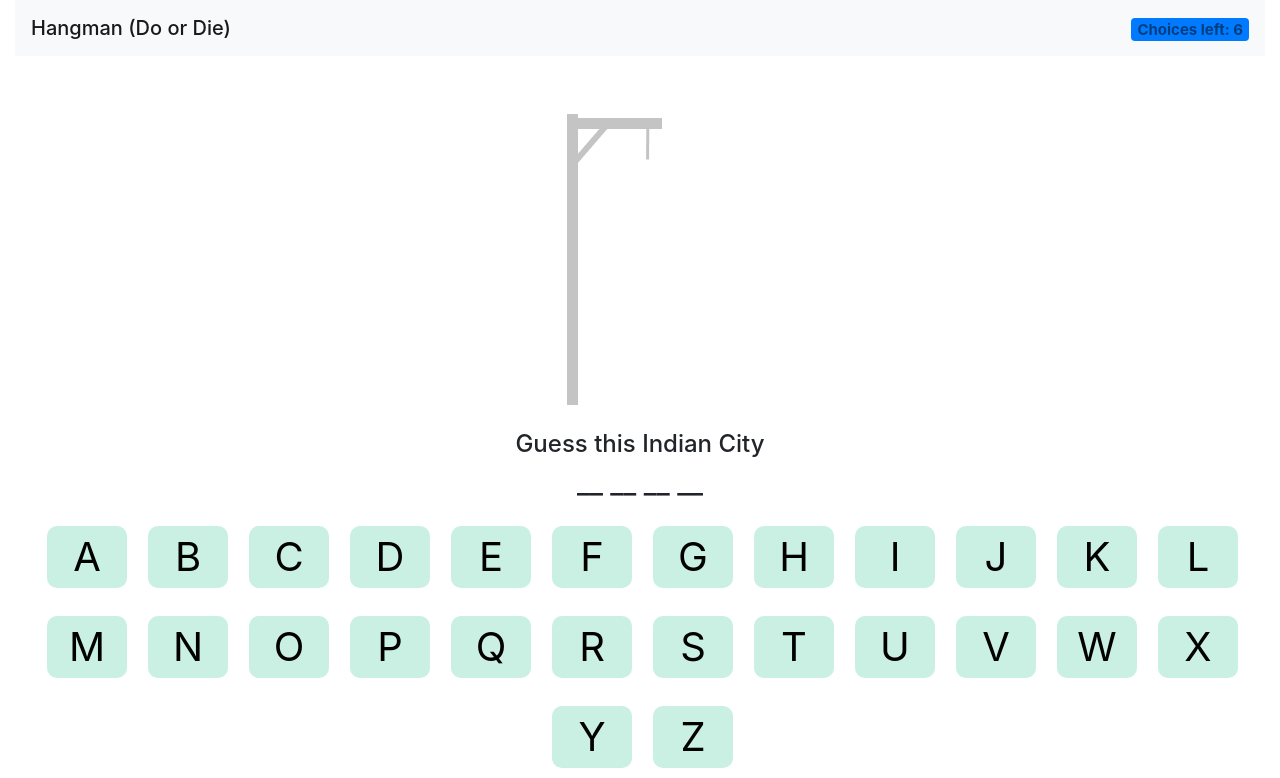
Repository: jatinhchanchlani/hangman
Page: /
These files come from the project's save history. The page is drawn as it stood at one moment and after the next save; the edit follows.
The browser window is 1280 px wide. The pictures show the whole page.
The project was rebuilt for these pictures with package versions that can differ from the ones it lists, and the page was loaded fresh each time. Also part of the build but not shown: src/App.css, src/components/playAgain.jsx.

Above is the page before, as saved 2020-10-25 21:26:53.

After the next save:
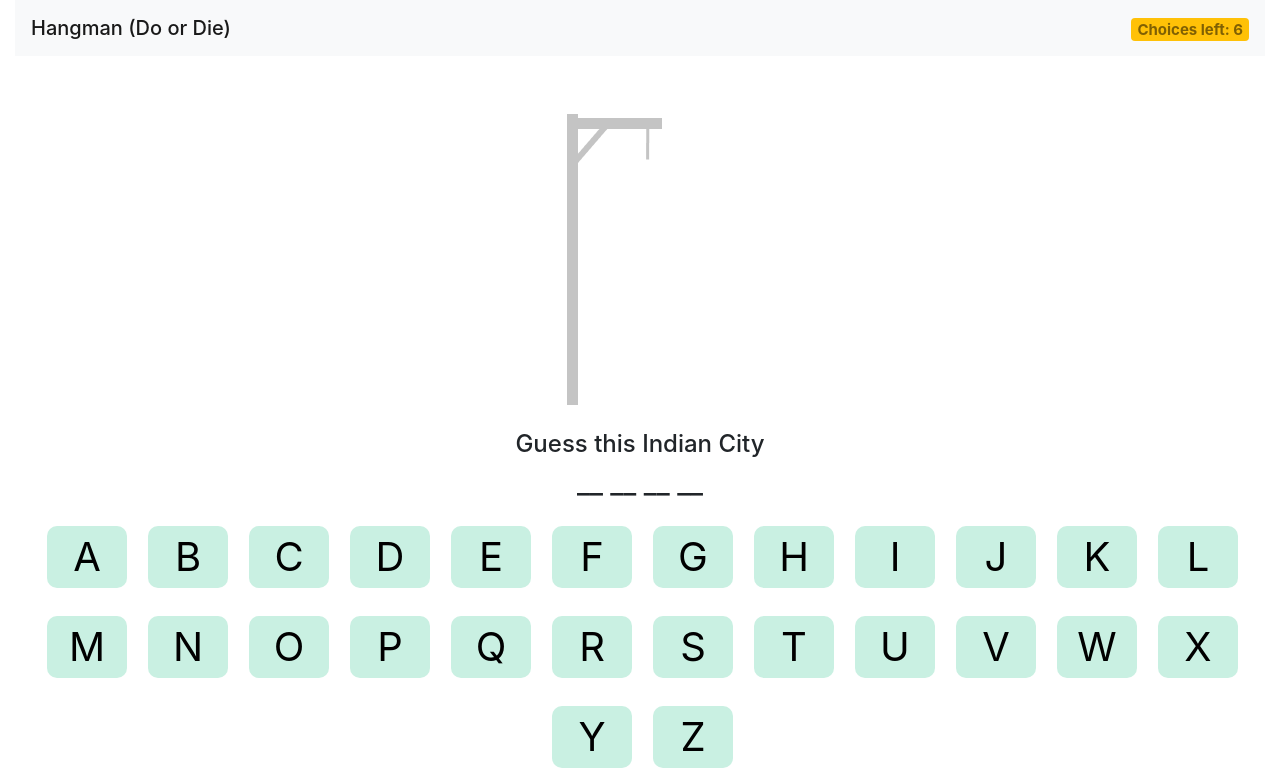
Saved 6 s later.
--- a/src/components/header.jsx
+++ b/src/components/header.jsx
@@ -6,7 +6,7 @@ class Header extends Component {
       <nav className="navbar navbar-light bg-light d-flex flex-column flex-sm-row">
         <span className="navbar-brand mb-0 h1">Hangman (Do or Die)</span>
         <span className="lead">
-          <span className="badge badge-primary mb-0 h5 navbar-text nav-item">
+          <span className="badge badge-warning mb-0 h5 navbar-text nav-item">
             Choices left: {this.props.choicesLeft}
           </span>
         </span>
